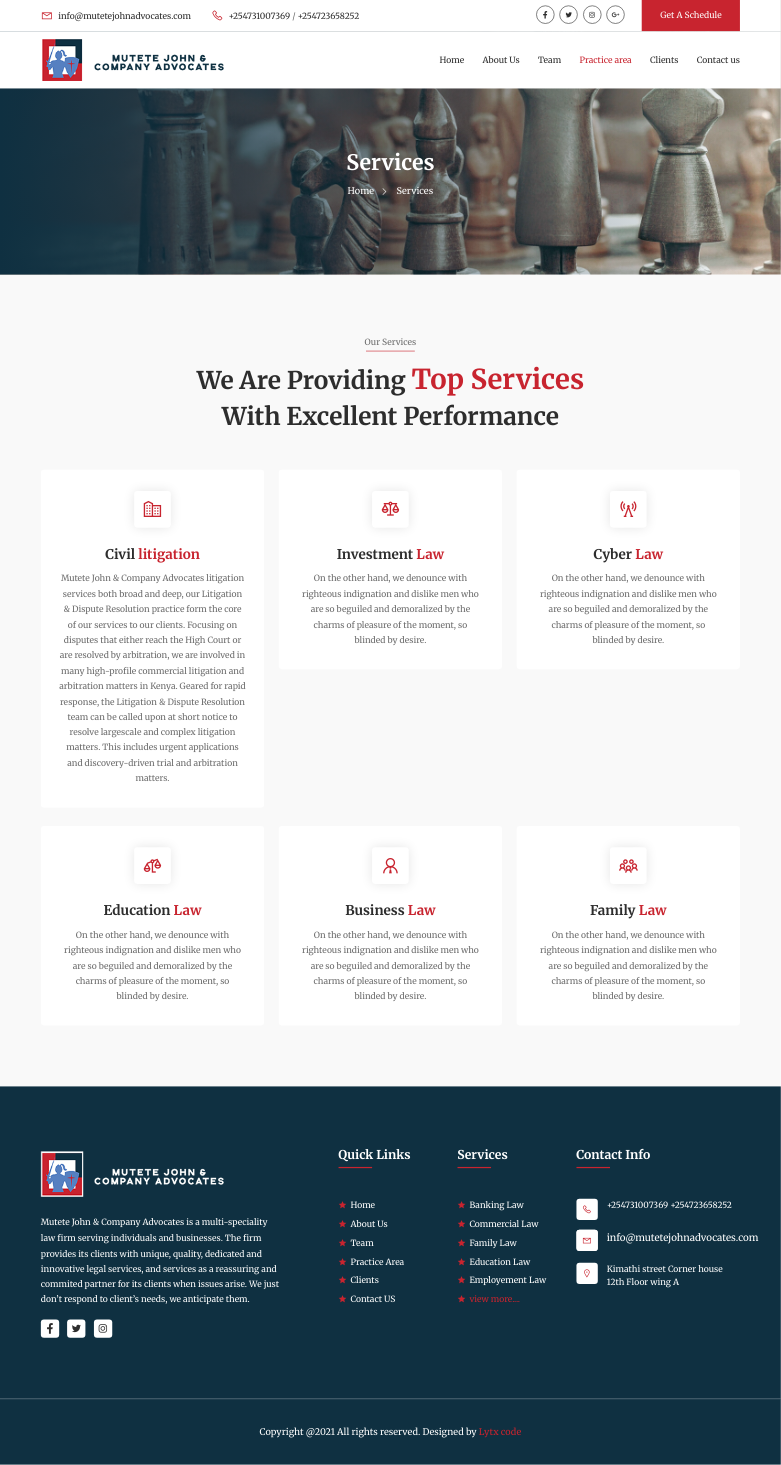
Repository: Samkiroko/mutete_john_website
Page: practice_area.html
These files come from the project's save history. The page is drawn as it stood at one moment and after the next save; the edit follows.
The browser window is 1280 px wide. The pictures show the whole page, at 61% of full size.

Above is the page before, as saved 2021-10-13 15:08:11.

### practice_area.html
<!DOCTYPE html>
<html lang="zxx">

<head>
    <meta charset="UTF-8" />
    <meta name="viewport" content="width=device-width, initial-scale=1.0" />

    <link rel="stylesheet" href="assets/css/bootstrap.min.css" />

    <link rel="stylesheet" href="assets/css/animate.min.css" />

    <link rel="stylesheet" href="assets/css/meanmenu.min.css" />

    <link rel="stylesheet" href="assets/css/line-awesome.min.css" />

    <link rel="stylesheet" href="assets/css/magnific-popup.css" />

    <link rel="stylesheet" href="assets/css/owl.carousel.min.css" />

    <link rel="stylesheet" href="assets/css/owl.theme.default.min.css" />

    <link rel="stylesheet" href="assets/css/odometer.css" />

    <link rel="stylesheet" href="assets/css/style.css" />

    <link rel="stylesheet" href="assets/css/responsive.css" />

    <link rel="apple-touch-icon" sizes="180x180" href="/apple-touch-icon.png" />
    <link rel="icon" type="image/png" sizes="32x32" href="/favicon-32x32.png" />
    <link rel="icon" type="image/png" sizes="16x16" href="/favicon-16x16.png" />
    <link rel="manifest" href="/site.webmanifest" />

    <title>MUTETE JOHN & COMPANY ADVOCATES</title>
</head>

<body>
    <!-- <div class="preloader">
        <div class="d-table">
            <div class="d-table-cell">
                <div class="lds-hourglass"></div>
            </div>
        </div>
    </div> -->

    <header class="header-area">
        <div class="top-header">
            <div class="container">
                <div class="row align-items-center">
                    <div class="col-lg-8 col-sm-8">
                        <ul class="left-info">
                            <li>
                                <a href="mailto:info@mutetejohnadvocates.com">
                                    <i class="las la-envelope"></i>
                                    <span class="__cf_email__">info@mutetejohnadvocates.com</span>
                                </a>
                            </li>
                            <li>
                                <a href="tel:+254731007369"> <i class="las la-phone"></i> +254731007369 </a>/
                                <a href="tel:+254723658252">+254723658252</a>
                            </li>
                        </ul>
                    </div>
                    <div class="col-lg-4 col-sm-4">
                        <ul class="right-info">
                            <li>
                                <a href="#" target="_blank">
                                    <i class="lab la-facebook-f"></i>
                                </a>
                            </li>
                            <li>
                                <a href="#" target="_blank">
                                    <i class="lab la-twitter"></i>
                                </a>
                            </li>
                            <li>
                                <a href="#" target="_blank">
                                    <i class="lab la-instagram"></i>
                                </a>
                            </li>
                            <li>
                                <a href="#" target="_blank">
                                    <i class="lab la-google-plus"></i>
                                </a>
                            </li>
                            <li class="heder-btn">
                                <a href="contact.html">Get A Schedule</a>
                            </li>
                        </ul>
                    </div>
                </div>
            </div>
        </div>

        <div class="navbar-area">
            <div class="atorn-responsive-nav">
                <div class="container">
                    <div class="atorn-responsive-menu">
                        <div class="logo">
                            <a href="index.html">
                                <img src="assets/img/logo.png" alt="logo" />
                            </a>
                        </div>
                    </div>
                </div>
            </div>
            <div class="atorn-nav">
                <div class="container">
                    <nav class="navbar navbar-expand-md navbar-light">
                        <a class="navbar-brand" href="index.html">
                            <img src="assets/img/logo.png" alt="logo" />
                        </a>
                        <div class="collapse navbar-collapse mean-menu">
                            <ul class="navbar-nav ms-auto">
                                <li class="nav-item">
                                    <a href="index.html" class="nav-link"> Home </a>
                                </li>
                                <li class="nav-item">
                                    <a href="about.html" class="nav-link"> About Us </a>
                                </li>
                                <li class="nav-item">
                                    <a href="team.html" class="nav-link"> Team </a>
                                </li>
                                <li class="nav-item active">
                                    <a href="practice_area.html" class="nav-link"> Practice area </a>
                                </li>

                                <li class="nav-item">
                                    <a href="clients.html" class="nav-link"> Clients </a>
                                </li>
                                <li class="nav-item">
                                    <a href="contact.html" class="nav-link"> Contact us </a>
                                </li>
                            </ul>
                        </div>
                    </nav>
                </div>
            </div>
        </div>
    </header>

    <div class="page-banner bg-1">
        <div class="d-table">
            <div class="d-table-cell">
                <div class="container">
                    <div class="page-content">
                        <h2>Services</h2>
                        <ul>
                            <li>
                                <a href="index.html">Home <i class="las la-angle-right"></i></a>
                            </li>
                            <li>Services</li>
                        </ul>
                    </div>
                </div>
            </div>
        </div>
    </div>

    <div class="our-service-area pt-100 pb-70">
        <div class="container">
            <div class="section-title">
                <span>Our Services</span>
                <h2>We Are Providing <span> Top Services</span> With Excellent Performance</h2>
            </div>
            <div class="row">
                <div class="col-lg-4 col-sm-6">
                    <div class="our-service-card">
                        <i class="las la-city"></i>
                        <h3>Civil<span> litigation</span></h3>
                        <p>
                            Mutete John & Company Advocates litigation services both broad and deep, our Litigation & Dispute Resolution practice form the core of our services to our clients. Focusing on disputes that either reach the High Court or are resolved by arbitration, we
                            are involved in many high-profile commercial litigation and arbitration matters in Kenya. Geared for rapid response, the Litigation & Dispute Resolution team can be called upon at short notice to resolve largescale and complex
                            litigation matters. This includes urgent applications and discovery-driven trial and arbitration matters.
                        </p>
                    </div>
                </div>
                <div class="col-lg-4 col-sm-6">
                    <div class="our-service-card">
                        <i class="las la-balance-scale"></i>
                        <h3>Investment<span> Law</span></h3>
                        <p>
                            On the other hand, we denounce with righteous indignation and dislike men who are so beguiled and demoralized by the charms of pleasure of the moment, so blinded by desire.
                        </p>
                    </div>
                </div>
                <div class="col-lg-4 col-sm-6">
                    <div class="our-service-card">
                        <i class="las la-broadcast-tower"></i>
                        <h3>Cyber<span> Law</span></h3>
                        <p>
                            On the other hand, we denounce with righteous indignation and dislike men who are so beguiled and demoralized by the charms of pleasure of the moment, so blinded by desire.
                        </p>
                    </div>
                </div>
                <div class="col-lg-4 col-sm-6">
                    <div class="our-service-card">
                        <i class="las la-balance-scale-left"></i>
                        <h3>Education<span> Law</span></h3>
                        <p>
                            On the other hand, we denounce with righteous indignation and dislike men who are so beguiled and demoralized by the charms of pleasure of the moment, so blinded by desire.
                        </p>
                    </div>
                </div>
                <div class="col-lg-4 col-sm-6">
                    <div class="our-service-card">
                        <i class="las la-user-tie"></i>
                        <h3>Business<span> Law</span></h3>
                        <p>
                            On the other hand, we denounce with righteous indignation and dislike men who are so beguiled and demoralized by the charms of pleasure of the moment, so blinded by desire.
                        </p>
                    </div>
                </div>
                <div class="col-lg-4 col-sm-6">
                    <div class="our-service-card">
                        <i class="las la-users"></i>
                        <h3>Family<span> Law</span></h3>
                        <p>
                            On the other hand, we denounce with righteous indignation and dislike men who are so beguiled and demoralized by the charms of pleasure of the moment, so blinded by desire.
                        </p>
                    </div>
                </div>
            </div>
        </div>
    </div>

    <footer class="footer-area pt-100 pb-70">
        <div class="container">
            <div class="row">
                <div class="col-lg-5 col-sm-6">
                    <div class="footer-widget">
                        <div class="logo">
                            <img src="assets/img/logo-white.png" alt="logo" />
                        </div>
                        <p>
                            Mutete John & Company Advocates is a multi-speciality law firm serving individuals and businesses. The firm provides its clients with unique, quality, dedicated and innovative legal services, and services as a reassuring and commited partner for its clients
                            when issues arise. We just don’t respond to client’s needs, we anticipate them.
                        </p>
                        <ul class="footer-socials">
                            <li>
                                <a href="#" target="_blank">
                                    <i class="lab la-facebook-f"></i>
                                </a>
                            </li>
                            <li>
                                <a href="#" target="_blank">
                                    <i class="lab la-twitter"></i>
                                </a>
                            </li>
                            <li>
                                <a href="#" target="_blank">
                                    <i class="lab la-instagram"></i>
                                </a>
                            </li>
                        </ul>
                    </div>
                </div>
                <div class="col-lg-2 col-sm-6">
                    <div class="footer-widget">
                        <h3>Quick Links</h3>
                        <ul class="footer-text">
                            <li>
                                <a href="index.html"> <i class="las la-star"></i> Home </a>
                            </li>
                            <li>
                                <a href="about.html"> <i class="las la-star"></i> About Us </a>
                            </li>
                            <li>
                                <a href="team.html"> <i class="las la-star"></i> Team </a>
                            </li>
                            <li>
                                <a href="practice_area.html"> <i class="las la-star"></i> Practice Area </a>
                            </li>
                            <li>
                                <a href="clients.html"> <i class="las la-star"></i> Clients </a>
                            </li>
                            <li>
                                <a href="contact.html"> <i class="las la-star"></i> Contact US </a>
                            </li>
                        </ul>
                    </div>
                </div>
                <div class="col-lg-2 col-sm-6">
                    <div class="footer-widget pl-50">
                        <h3>Services</h3>
                        <ul class="footer-text">
                            <li>
                                <a href="/practice_area.html"> <i class="las la-star"></i> Banking Law </a>
                            </li>
                            <li>
                                <a href="/practice_area.html"> <i class="las la-star"></i> Commercial Law </a>
                            </li>
                            <li>
                                <a href="/practice_area.html"> <i class="las la-star"></i>Family Law</a>
                            </li>
                            <li>
                                <a href="/practice_area.html"> <i class="las la-star"></i> Education Law </a>
                            </li>
                            <li>
                                <a href="/practice_area.html"> <i class="las la-star"></i> Employement Law </a>
                            </li>
                            <li>
                                <a href="/practice_area.html"> <i class="las la-star"></i> <span>view more....</span> </a>
                            </li>
                            <!-- <li>
                                <a href="#"> <i class="las la-star"></i> Intellectual property Law </a>
                            </li>
                            <li>
                                <a href="#"> <i class="las la-star"></i> Debt Collection & Creditor Management Services </a>
                            </li> -->
                        </ul>
                    </div>
                </div>
                <div class="col-lg-3 col-sm-6">
                    <div class="footer-widget">
                        <h3>Contact Info</h3>
                        <ul class="info-list">
                            <li>
                                <i class="las la-phone"></i>
                                <a href="tel:+254731007369">+254731007369</a>
                                <a href="tel:+254723658252"> +254723658252</a>
                            </li>
                            <li>
                                <i class="las la-envelope"></i>
                                <a href="mailto:info@mutetejohnadvocates.com">
                                    <i class="las la-envelope"></i>
                                    <span class="__cf_email__">info@mutetejohnadvocates.com</span>
                                </a>
                            </li>
                            <li><i class="las la-map-marker-alt"></i> Kimathi street Corner house 12th Floor wing A</li>
                        </ul>
                    </div>
                </div>
            </div>
        </div>
    </footer>

    <div class="footer-bottom">
        <div class="container">
            <p>Copyright @2021 All rights reserved. Designed by <a href="https://lytxcode.com/">Lytx code</a></p>
        </div>
    </div>

    <div class="go-top">
        <i class="las la-hand-point-up"></i>
    </div>

    <script data-cfasync="false" src="https://templates.hibootstrap.com/cdn-cgi/scripts/5c5dd728/cloudflare-static/email-decode.min.js"></script>
    <script src="assets/js/jquery.min.js"></script>
    <script src="assets/js/bootstrap.bundle.min.js"></script>

    <script src="assets/js/meanmenu.min.js"></script>

    <script src="assets/js/jquery.magnific-popup.min.js"></script>

    <script src="assets/js/owl.carousel.min.js"></script>

    <script src="assets/js/odometer.min.js"></script>

    <script src="assets/js/jquery.appear.js"></script>

    <script src="assets/js/form-validator.min.js"></script>

    <script src="assets/js/contact-form-script.js"></script>

    <script src="assets/js/jquery.ajaxchimp.min.js"></script>

    <script src="assets/js/custom.js"></script>
</body>

</html>

### assets/css/meanmenu.min.css
/*
MeanMenu 2.0.7
--------
To be used with jquery.meanmenu.js by Chris Wharton (http://www.meanthemes.com/plugins/meanmenu/)
*/
a.meanmenu-reveal{display:none}.mean-container .mean-bar{float:left;width:100%;position:absolute;background:transparent;padding:0 0 0;z-index:999}.mean-container a.meanmenu-reveal{width:35px;height:30px;position:absolute;right:0;cursor:pointer;color:#000;text-decoration:none;font-size:16px;text-indent:-9999em;line-height:22px;font-size:1px;display:block;font-weight:700;padding-top:4px}.mean-container a.meanmenu-reveal span{display:block;background:#000;height:4px;margin-top:-5px;border-radius:3px;position: relative;top: 8px;}.mean-container .mean-nav{float:left;width:100%;background:#fff;margin-top:62px}.mean-container .mean-nav ul{padding:0;margin:0;width:100%;border:none;list-style-type:none}.mean-container .mean-nav ul li{position:relative;float:left;width:100%}.mean-container .mean-nav ul li a i{display:none}.mean-container .mean-nav ul li a{display:block;float:left;width:90%;padding:1em 5% 13px;margin:0;text-align:left;color:#677294;border-top:1px solid #DBEEFD;text-decoration:none}.mean-container .mean-nav ul li a.active{color:#000}.mean-container .mean-nav ul li li a{width:80%;padding:1em 10% 13px;color:#677294;border-top:1px solid #DBEEFD;opacity:1;filter:alpha(opacity=75);text-shadow:none!important;visibility:visible;text-transform:none;font-size:14px}.mean-container .mean-nav ul li.mean-last a{margin-bottom:0}.mean-container .mean-nav ul li li li a{width:70%;padding:1em 15% 13px}.mean-container .mean-nav ul li li li li a{width:60%;padding:1em 20% 13px}.mean-container .mean-nav ul li li li li li a{width:50%;padding:1em 25% 13px}.mean-container .mean-nav ul li a:hover{background:#252525;background:rgba(255,255,255,.1)}.mean-container .mean-nav ul li a.mean-expand{margin-top:1px;width:100%;height:24px;padding:11px!important;text-align:right;position:absolute;right:0;top:0;z-index:2;font-weight:500;background:transparent;border:none!important}.mean-container .mean-push{float:left;width:100%;padding:0;margin:0;clear:both}.mean-nav .wrapper{width:100%;padding:0;margin:0}.mean-container .mean-bar,.mean-container .mean-bar *{-webkit-box-sizing:content-box;-moz-box-sizing:content-box;box-sizing:content-box}.mean-remove{display:none!important}

Loaded but not shown: assets/css/bootstrap.min.css (library); assets/css/animate.min.css (library); assets/css/line-awesome.min.css (library); assets/css/magnific-popup.css (library); assets/css/owl.carousel.min.css (library); assets/css/owl.theme.default.min.css (common file); assets/js/jquery.min.js (library); assets/js/bootstrap.bundle.min.js (library); assets/js/meanmenu.min.js (library); assets/js/jquery.magnific-popup.min.js (library); assets/js/owl.carousel.min.js (library); assets/js/odometer.min.js (library); assets/js/jquery.appear.js (library); assets/js/form-validator.min.js (library); assets/js/jquery.ajaxchimp.min.js (common file); assets/js/custom.js (188 lines, source omitted); assets/js/contact-form-script.js (62 lines, source omitted); assets/css/style.css (4508 lines, source omitted); assets/css/responsive.css (762 lines, source omitted); assets/css/odometer.css (1 lines, source omitted)

After the next save:
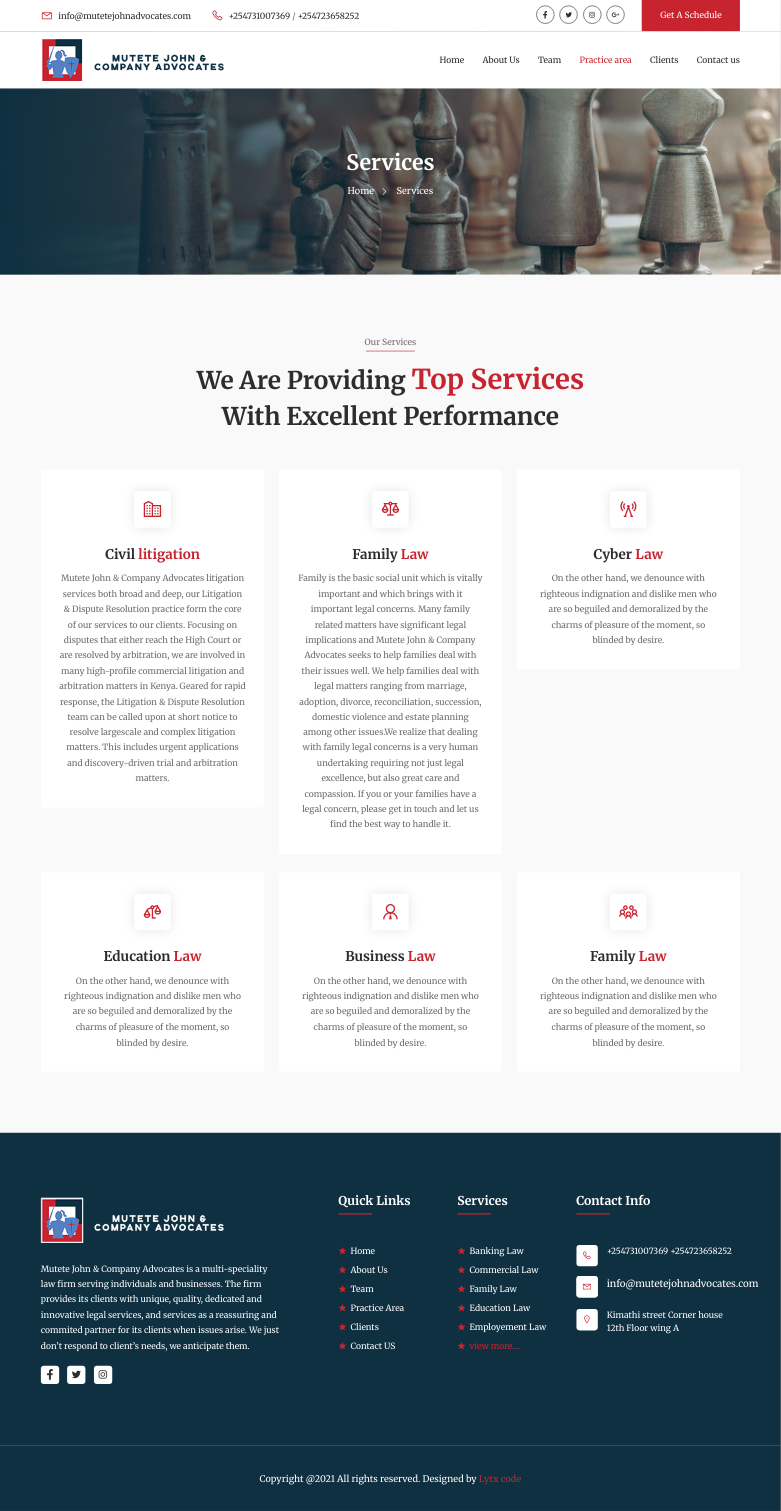
Saved 35 s later.
--- a/practice_area.html
+++ b/practice_area.html
@@ -177,9 +177,11 @@
                 <div class="col-lg-4 col-sm-6">
                     <div class="our-service-card">
                         <i class="las la-balance-scale"></i>
-                        <h3>Investment<span> Law</span></h3>
-                        <p>
-                            On the other hand, we denounce with righteous indignation and dislike men who are so beguiled and demoralized by the charms of pleasure of the moment, so blinded by desire.
+                        <h3>Family<span> Law</span></h3>
+                        <p>
+                            Family is the basic social unit which is vitally important and which brings with it important legal concerns. Many family related matters have significant legal implications and Mutete John & Company Advocates seeks to help families deal with their issues
+                            well. We help families deal with legal matters ranging from marriage, adoption, divorce, reconciliation, succession, domestic violence and estate planning among other issues.We realize that dealing with family legal concerns
+                            is a very human undertaking requiring not just legal excellence, but also great care and compassion. If you or your families have a legal concern, please get in touch and let us find the best way to handle it.
                         </p>
                     </div>
                 </div>
